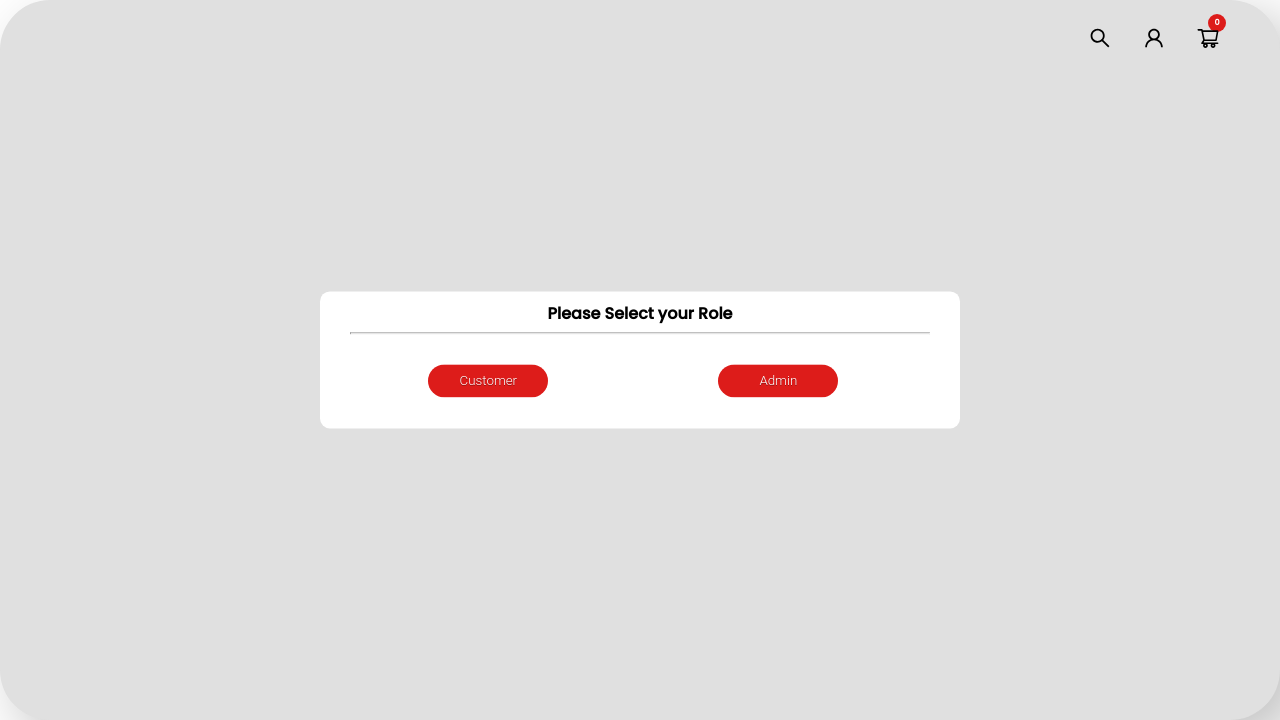
Repository: coolronts/aize-project
Page: /cart
These files come from the project's save history. The page is drawn as it stood at one moment and after the next save; the edit follows.
The browser window is 1280 px wide. The pictures show the whole page.
The project was rebuilt for these pictures with package versions that can differ from the ones it lists, and the page was loaded fresh each time. Also part of the build but not shown: src/components/CartItem/CartItem.tsx, src/pages/Shop/shop.module.css, src/components/Card/Card.tsx, src/components/EditModal/editModal.module.css, src/components/EditModal/EditModal.tsx, src/components/AddModal/addModal.module.css, src/components/AddModal/AddModal.tsx, src/pages/Shop/Shop.tsx.

Above is the page before, as saved 2021-09-17 11:39:35.

After the next save:
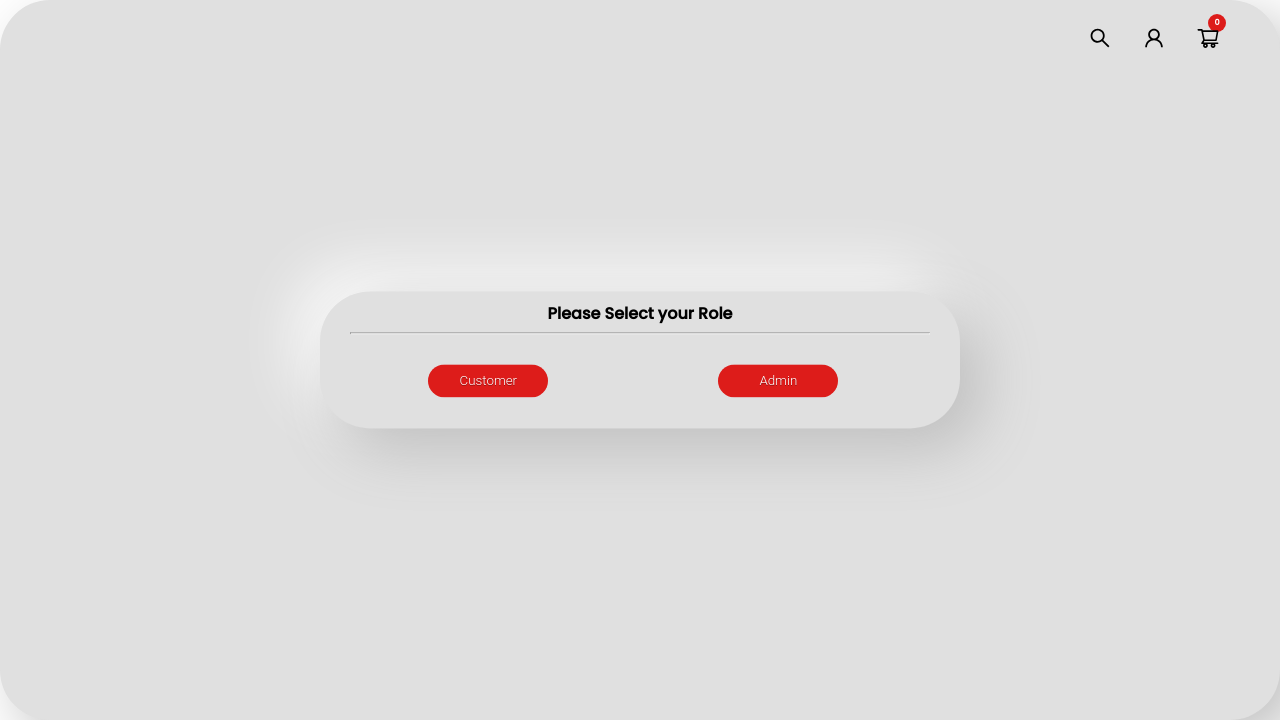
Saved 11 s later.
--- a/src/components/Modal/modal.module.css
+++ b/src/components/Modal/modal.module.css
@@ -17,6 +17,9 @@
     top: 50%;
     left: 50%;
     transform: translate(-50%, -50%);
+    border-radius: 50px;
+    background: #e0e0e0;
+    box-shadow: 20px 20px 60px #bebebe, -20px -20px 60px #ffffff;
 }
 
 .buttonContainer {

After the 2 saves that followed:
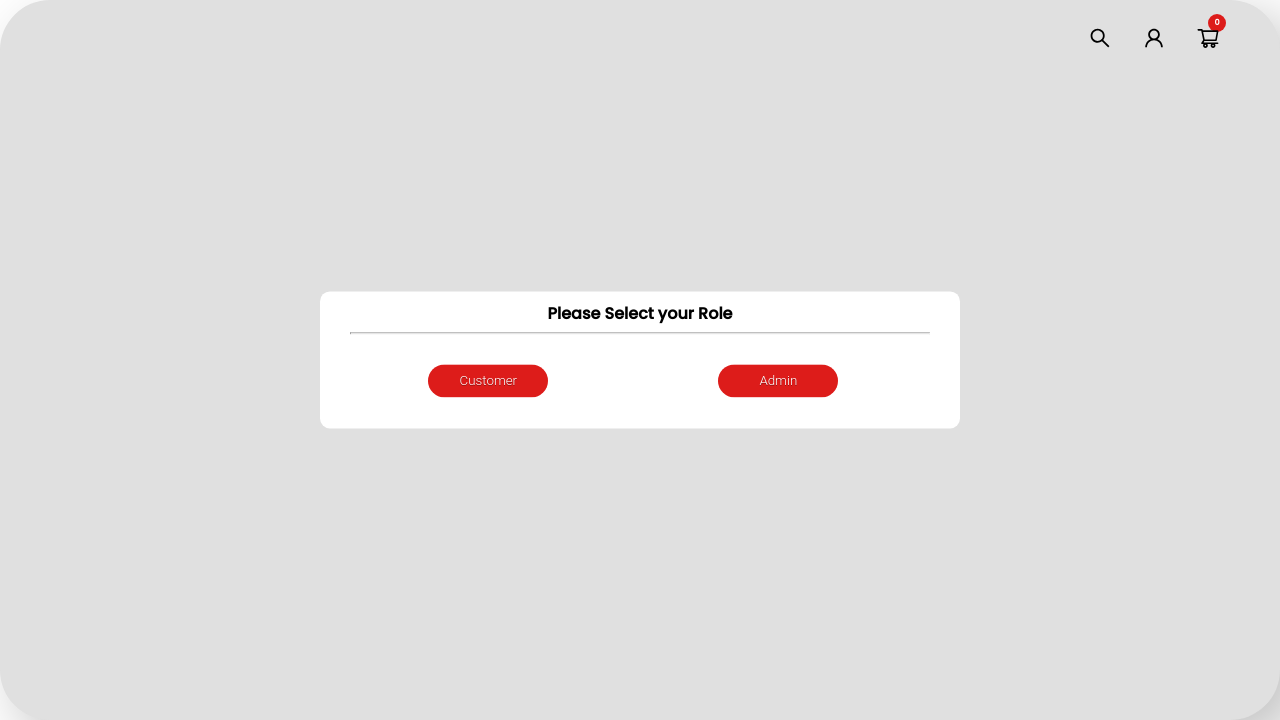
The 2 saves are shown as one change because 1 left the picture as it was.
The last was saved 54 s later.
--- a/src/components/Modal/modal.module.css
+++ b/src/components/Modal/modal.module.css
@@ -17,9 +17,6 @@
     top: 50%;
     left: 50%;
     transform: translate(-50%, -50%);
-    border-radius: 50px;
-    background: #e0e0e0;
-    box-shadow: 20px 20px 60px #bebebe, -20px -20px 60px #ffffff;
 }
 
 .buttonContainer {
